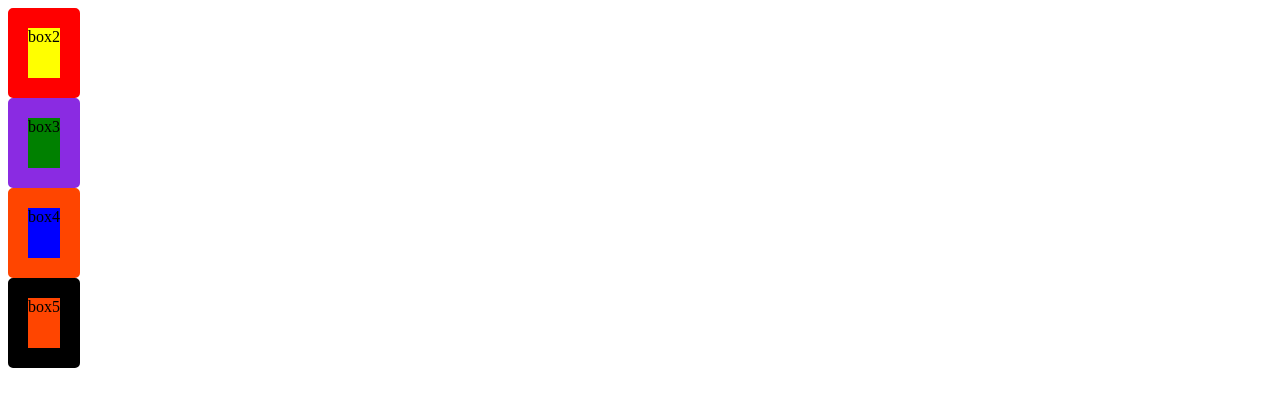
Repository: ABDUSALIMSUBAHIELBASHI/full-html-css-js
Page: Desktop/coding/css/indexday2.html
These files come from the project's save history. The page is drawn as it stood at one moment and after the next save; the edit follows.
The browser window is 1280 px wide. The pictures show the whole page.

Above is the page before, as saved 2025-09-16 11:00:09.

### Desktop/coding/css/indexday2.html
<!DOCTYPE html>
<html lang="en">

<head>
    <meta charset="UTF-8">
    <link rel="stylesheet" href="/indexday2.css">

    <title>Document</title>
</head>
<body>
<div id="box" class="container">
    <div id="box" class="box2">box2</div>
    <div id="box" class="box3">box3</div>
    <div id="box" class="box4">box4</div>
    <div id="box" class="box5">box5</div>
</div>
</body>

</html>

### Desktop/coding/css/indexday2.css
.container{
    display: flex;
    flex-wrap: wrap;
    /* gap: 20px; */
    height: 80vh;
    justify-content: space-evenly;
    align-items: center;
}
#box{
    width: 50px;
    height: 50px;
}
.box2{
    background-color: yellow;
    width: 50px;
    height: 50px;
    border-radius: 5px;
    border: 20px solid red;
}
.box3{
 background-color:green;
    width: 50px;
    height: 50px;
    border-radius: 5px;
    border: 20px solid blueviolet;
}

.box4{
 background-color: blue;
    width: 50px;
    height: 50px;
    border-radius: 5px;
    border: 20px solid orangered;
}

.box5{
 background-color: orangered;
    width: 50px;
    height: 50px;
    border-radius: 5px;
    border: 20px solid black;
}

After the next save:
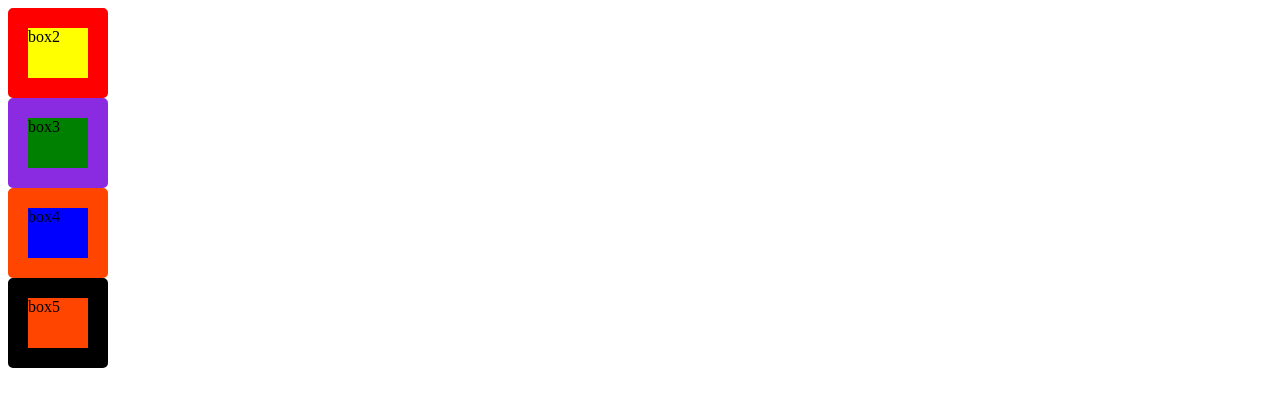
Saved 72 s later.
--- a/Desktop/coding/css/indexday2.css
+++ b/Desktop/coding/css/indexday2.css
@@ -7,7 +7,7 @@
     align-items: center;
 }
 #box{
-    width: 50px;
+    width: 100px;
     height: 50px;
 }
 .box2{
